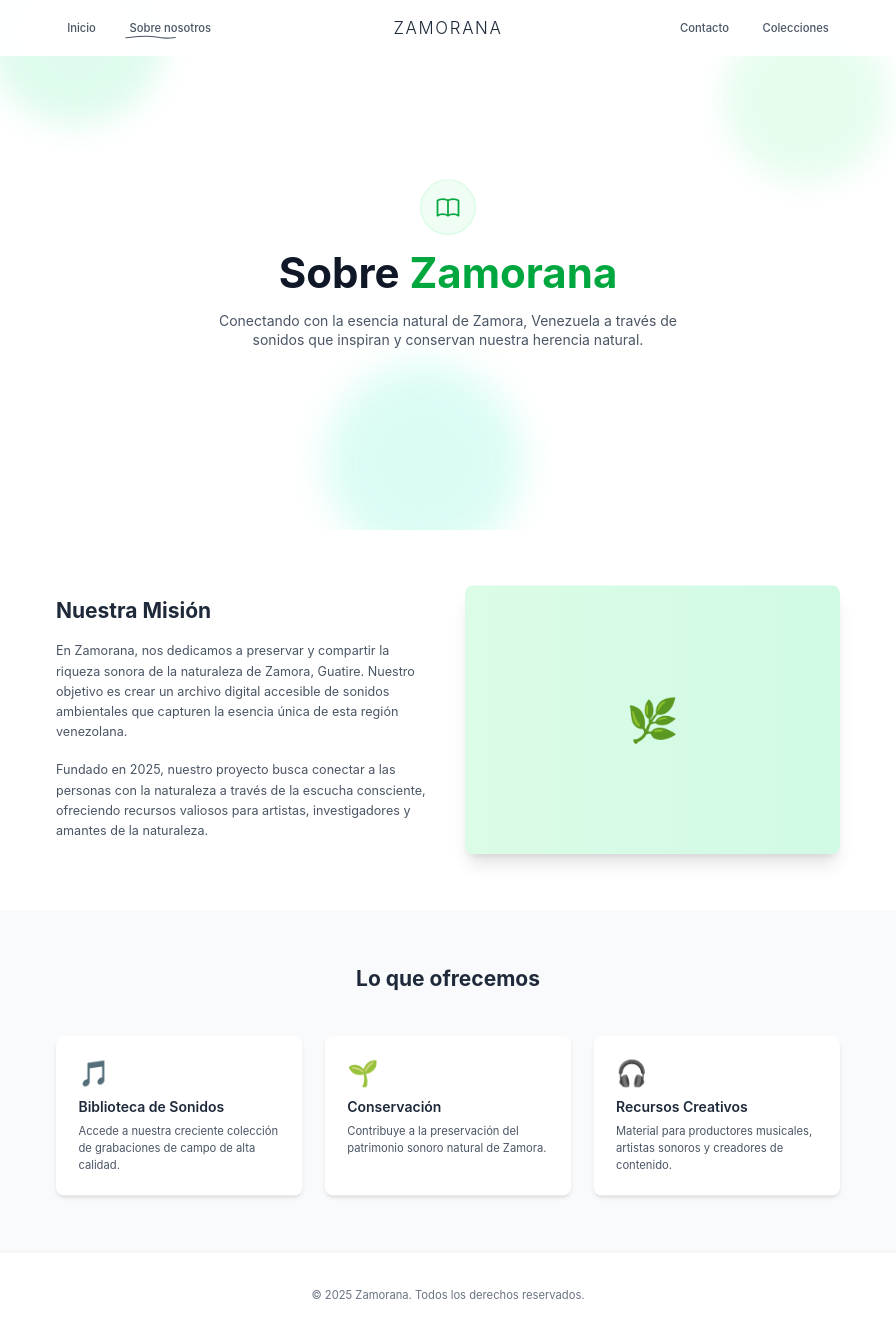
Repository: Alxre98/Zamorana
Page: /about
These files come from the project's save history. The page is drawn as it stood at one moment and after the next save; the edit follows.
The browser window is 1280 px wide. The pictures show the whole page, at 70% of full size.
The project was rebuilt for these pictures with package versions that can differ from the ones it lists, and the page was loaded fresh each time. The framework's server and built-in components were replaced by stand-ins that run in the browser. Also part of the build but not shown: next.config.ts.

Above is the page before, as saved 2025-06-22 15:37:27.

After the next save:
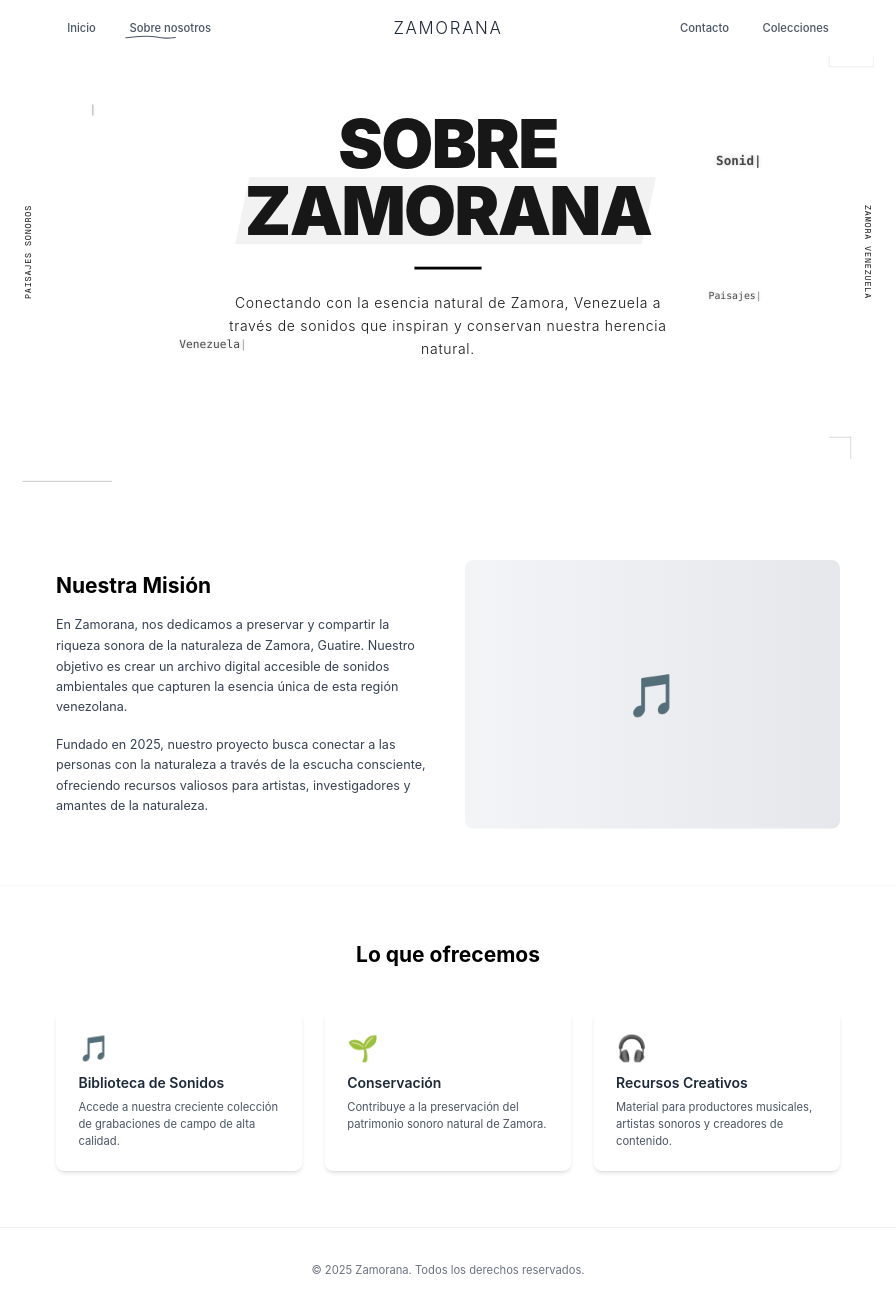
Saved 2 min 48 s later.
--- a/src/app/about/page.tsx
+++ b/src/app/about/page.tsx
@@ -1,75 +1,42 @@
+import { SobreHero } from "@/components/organisms/SobreHero";
+
 export default function AboutPage() {
   return (
-    <div className="min-h-screen bg-white">
-      {/* Hero Section */}
-      <section className="relative py-32 md:py-48 lg:py-64 overflow-hidden">
-        <div className="absolute top-0 left-1/2 -translate-x-1/2 w-full max-w-6xl h-full">
-          <div className="absolute -top-20 -left-20 w-64 h-64 bg-emerald-100 rounded-full mix-blend-multiply filter blur-xl opacity-70 animate-blob"></div>
-          <div className="absolute top-0 -right-20 w-64 h-64 bg-green-100 rounded-full mix-blend-multiply filter blur-xl opacity-70 animate-blob animation-delay-2000"></div>
-          <div className="absolute -bottom-20 left-1/3 w-64 h-64 bg-teal-100 rounded-full mix-blend-multiply filter blur-xl opacity-70 animate-blob animation-delay-4000"></div>
-        </div>
+    <div className="bg-white">
+      <SobreHero />
 
-        <div className="relative max-w-6xl mx-auto px-4 sm:px-6 lg:px-8">
-          <div className="text-center">
-            <div className="inline-flex items-center justify-center w-20 h-20 mb-6 rounded-full bg-green-50 border-2 border-green-100">
-              <svg
-                className="w-10 h-10 text-green-600"
-                fill="none"
-                stroke="currentColor"
-                viewBox="0 0 24 24"
-                xmlns="http://www.w3.org/2000/svg"
-              >
-                <path
-                  strokeLinecap="round"
-                  strokeLinejoin="round"
-                  strokeWidth="1.5"
-                  d="M12 6.253v13m0-13C10.832 5.477 9.246 5 7.5 5S4.168 5.477 3 6.253v13C4.168 18.477 5.754 18 7.5 18s3.332.477 4.5 1.253m0-13C13.168 5.477 14.754 5 16.5 5c1.747 0 3.332.477 4.5 1.253v13C19.832 18.477 18.247 18 16.5 18c-1.746 0-3.332.477-4.5 1.253"
-                ></path>
-              </svg>
-            </div>
-            <h1 className="text-4xl md:text-5xl lg:text-6xl font-bold text-gray-900 mb-6">
-              Sobre <span className="text-green-600">Zamorana</span>
-            </h1>
-            <div className="max-w-3xl mx-auto">
-              <p className="text-lg md:text-xl text-gray-600 max-w-2xl mx-auto">
-                Conectando con la esencia natural de Zamora, Venezuela a través
-                de sonidos que inspiran y conservan nuestra herencia natural.
-              </p>
-            </div>
-          </div>
-        </div>
-      </section>
+      <div id="nuestra-mision"></div>
 
       {/* Mission Section */}
       <section className="py-20 px-4 max-w-6xl mx-auto">
         <div className="grid md:grid-cols-2 gap-12 items-center">
           <div className="space-y-6">
-            <h2 className="text-3xl font-bold text-gray-800">Nuestra Misión</h2>
-            <p className="text-lg text-gray-600 leading-relaxed">
+            <h2 className="text-3xl font-bold text-black">Nuestra Misión</h2>
+            <p className="text-lg text-gray-700 leading-relaxed">
               En Zamorana, nos dedicamos a preservar y compartir la riqueza
               sonora de la naturaleza de Zamora, Guatire. Nuestro objetivo es
               crear un archivo digital accesible de sonidos ambientales que
               capturen la esencia única de esta región venezolana.
             </p>
-            <p className="text-lg text-gray-600 leading-relaxed">
+            <p className="text-lg text-gray-700 leading-relaxed">
               Fundado en 2025, nuestro proyecto busca conectar a las personas
               con la naturaleza a través de la escucha consciente, ofreciendo
               recursos valiosos para artistas, investigadores y amantes de la
               naturaleza.
             </p>
           </div>
-          <div className="relative h-96 rounded-xl overflow-hidden shadow-xl">
-            <div className="absolute inset-0 bg-gradient-to-r from-green-100 to-emerald-100 flex items-center justify-center">
-              <span className="text-6xl">🌿</span>
+          <div className="relative h-96 rounded-xl overflow-hidden">
+            <div className="absolute inset-0 bg-gradient-to-r from-gray-100 to-gray-200 flex items-center justify-center">
+              <span className="text-6xl">🎵</span>
             </div>
           </div>
         </div>
       </section>
 
       {/* Features Section */}
-      <section className="py-20 bg-gray-50">
+      <section className="py-20 bg-white border-t border-gray-100">
         <div className="max-w-6xl mx-auto px-4">
-          <h2 className="text-3xl font-bold text-center text-gray-800 mb-16">
+          <h2 className="text-3xl font-bold text-center text-black mb-16">
             Lo que ofrecemos
           </h2>
           <div className="grid md:grid-cols-3 gap-8">
